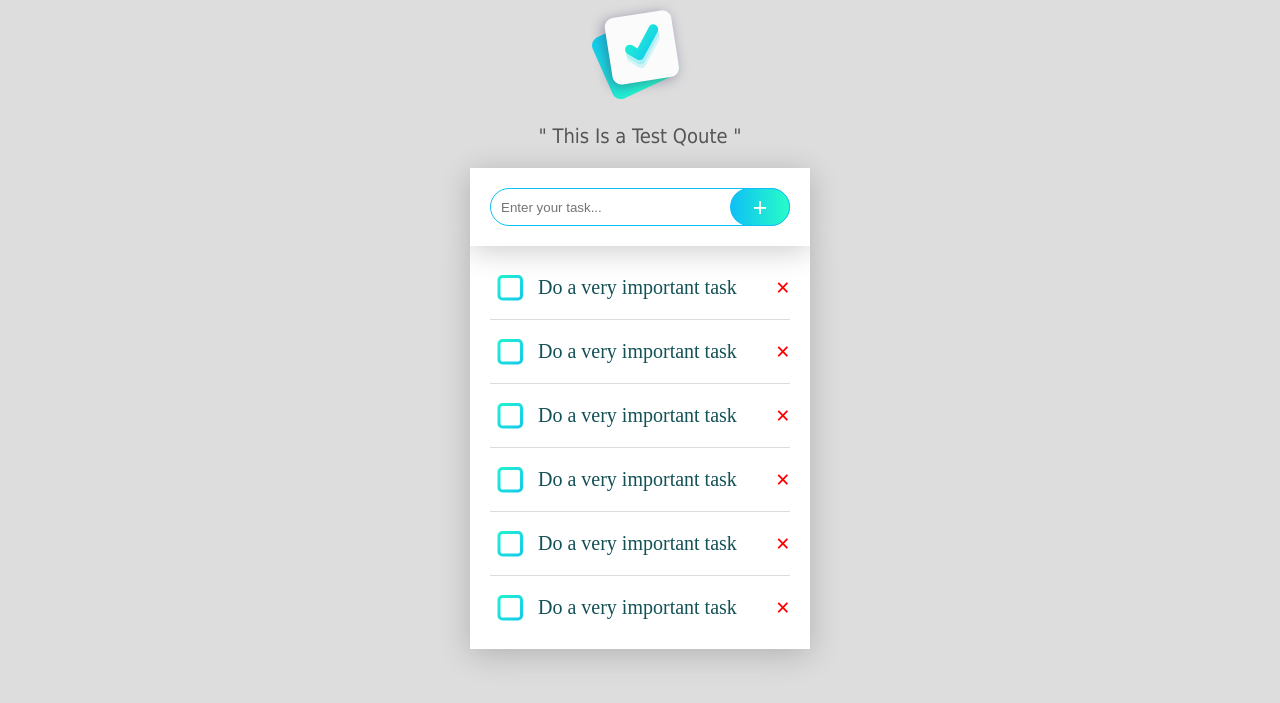
Repository: ahmedhamed15/React-Todo
Page: /
An editor plug-in stored every save of this project. The page is shown before and after the next save, followed by the edit.
The browser window is 1280 px wide. The pictures show the whole page.
The project was rebuilt for these pictures with package versions that can differ from the ones it lists, and the page was loaded fresh each time.

Above is the page before, as saved 2021-07-26 23:44:42.

After the next save:
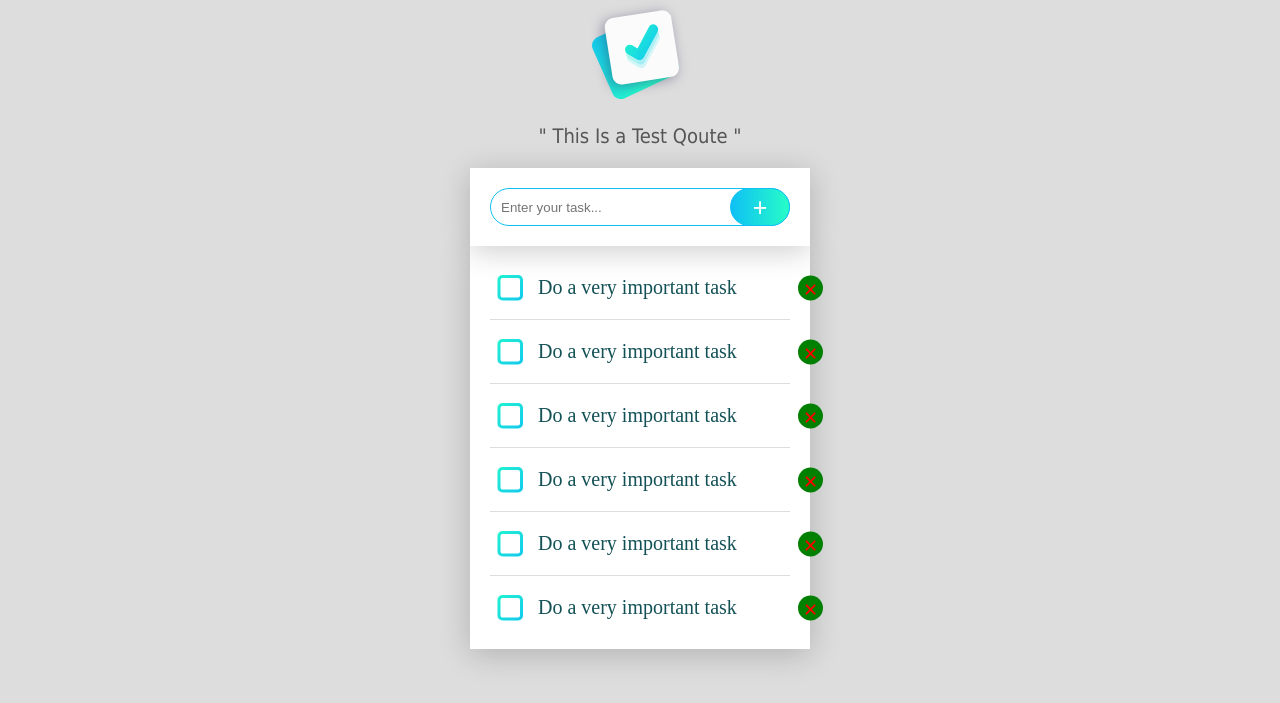
Saved 81 s later.
--- a/src/components/Todos/TodoItem/style.scss
+++ b/src/components/Todos/TodoItem/style.scss
@@ -121,6 +121,11 @@
     };
     position: absolute;
     top: 50%;
-    right: 0;
+    right: -33px;
     transform: translateY(-50%);
+    background: green;
+    width: 25px;
+    height: 25px;
+    text-align: center;
+    border-radius: 50%;
   }
